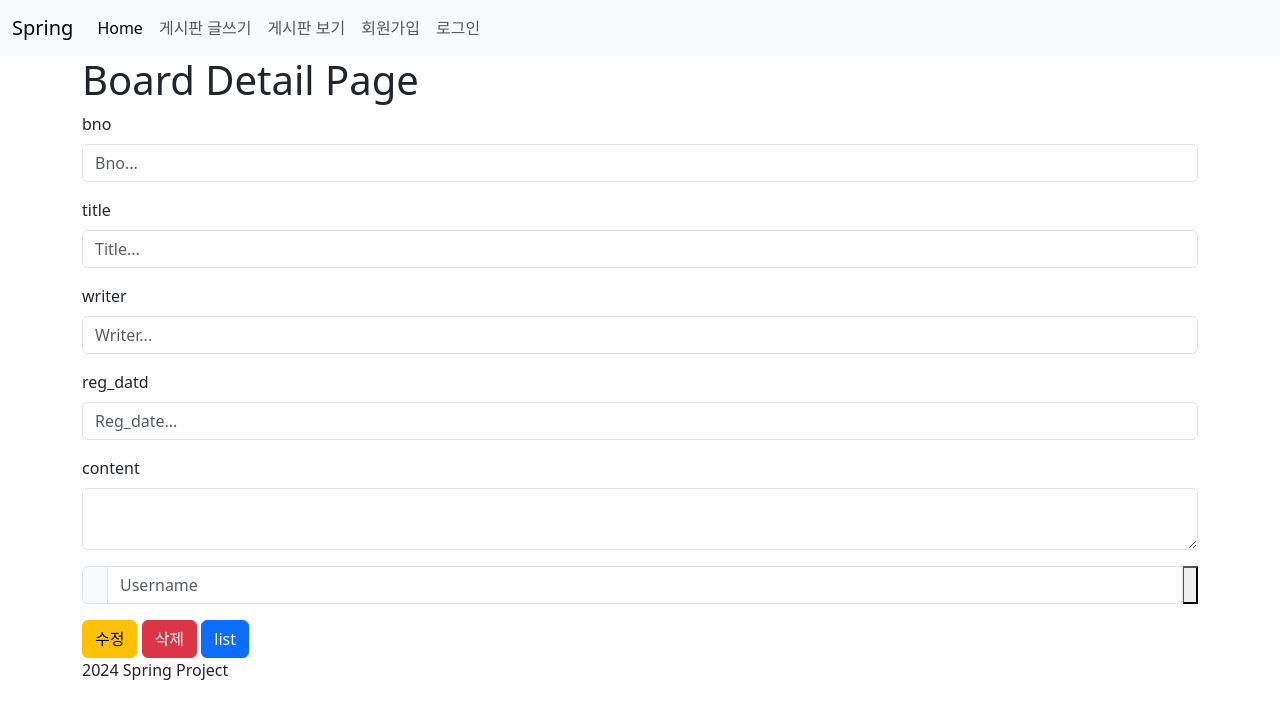
Repository: havanara/240423_SPRING_Project
Page: http://localhost/spring_study/WEB-INF/views/board/detail.jsp
These files come from the project's save history. The page is drawn as it stood at one moment and after the next save; the edit follows.
The browser window is 1280 px wide. The pictures show the whole page.
The page is served by Tomcat 9. Nobody is signed in. The template is opened directly, without the code that normally fills it, so the values that code supplies are empty.

Above is the page before, as saved 2024-04-26 02:41:46.

After the next save:
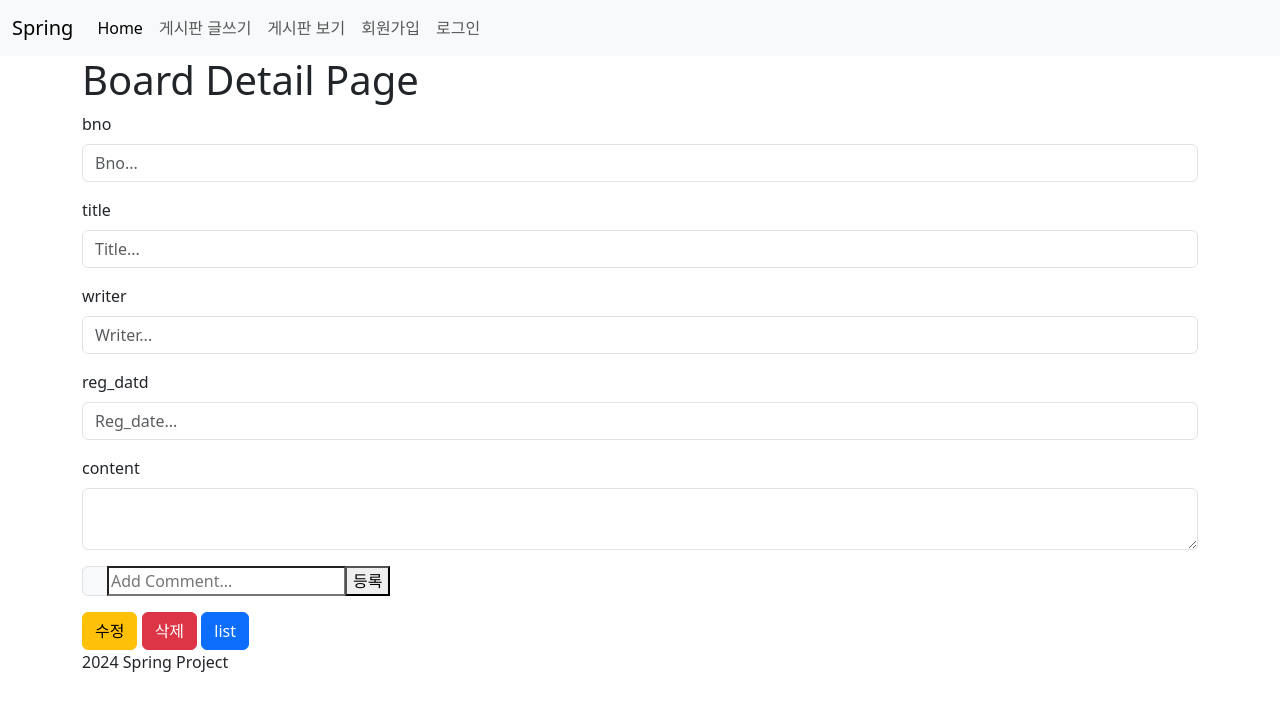
Saved 35 s later.
--- a/spring_study/src/main/webapp/WEB-INF/views/board/detail.jsp
+++ b/spring_study/src/main/webapp/WEB-INF/views/board/detail.jsp
@@ -30,8 +30,8 @@
 	<!-- 댓글 등록 라인 -->
 	<div class="input-group mb-3">
 	  <span class="input-group-text" id="cmtWriter">${ses.id }</span>
-	  <input type="text" class="form-control" placeholder="Username" aria-label="Username" aria-describedby="basic-addon1">
-	  <button></button>
+	  <input type="text" class="cmtText" placeholder="Add Comment..." aria-label="Username" aria-describedby="basic-addon1">
+	  <button type="submit">등록</button>
 	</div>
 
 	<!-- 댓글 출력 라인 -->
